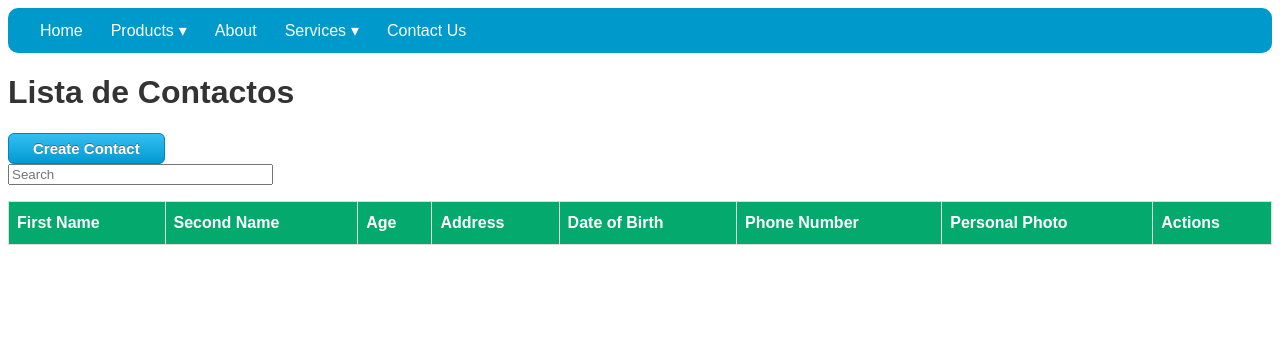
Repository: fgala1619/frontSistGestionBank
Page: index.html
An editor plug-in stored every save of this project. The page is shown before and after the next save, followed by the edit.
The browser window is 1280 px wide. The pictures show the whole page.
The page's requests for data from a server got no answer.

Above is the page before, as saved 2023-07-27 20:58:11.

After the next save:
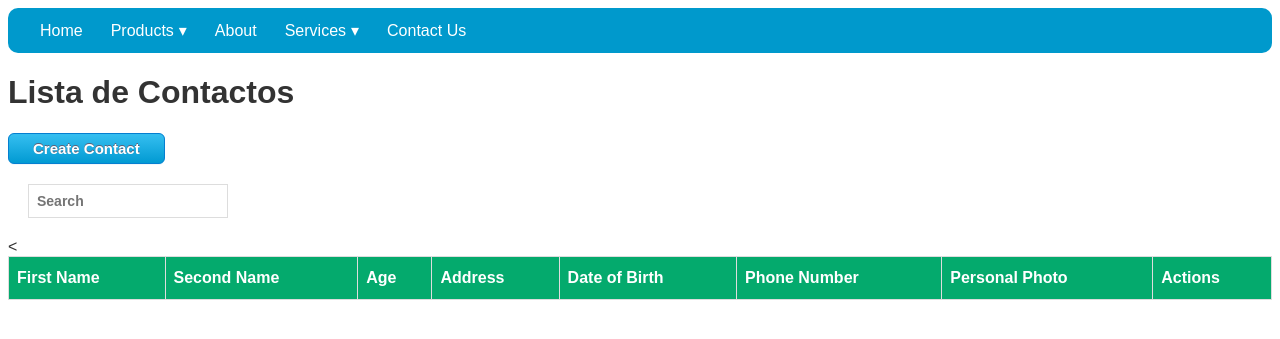
Saved 2 min 25 s later.
--- a/index.html
+++ b/index.html
@@ -33,9 +33,11 @@
 
 <a onclick="agregar()" href="#" class="myButton">Create Contact</a><br/>
 
-<form action="">
-   <input id="txtBuscar" type="text" placeholder="Search" size="30" /><br/>
-</form>
+<div class="modal-body">
+      <input id="txtBuscar" type="text" placeholder="Search" size="30" /><br/>
+</div>
+   <
+
 
 <table id="customers">
   <thead>
